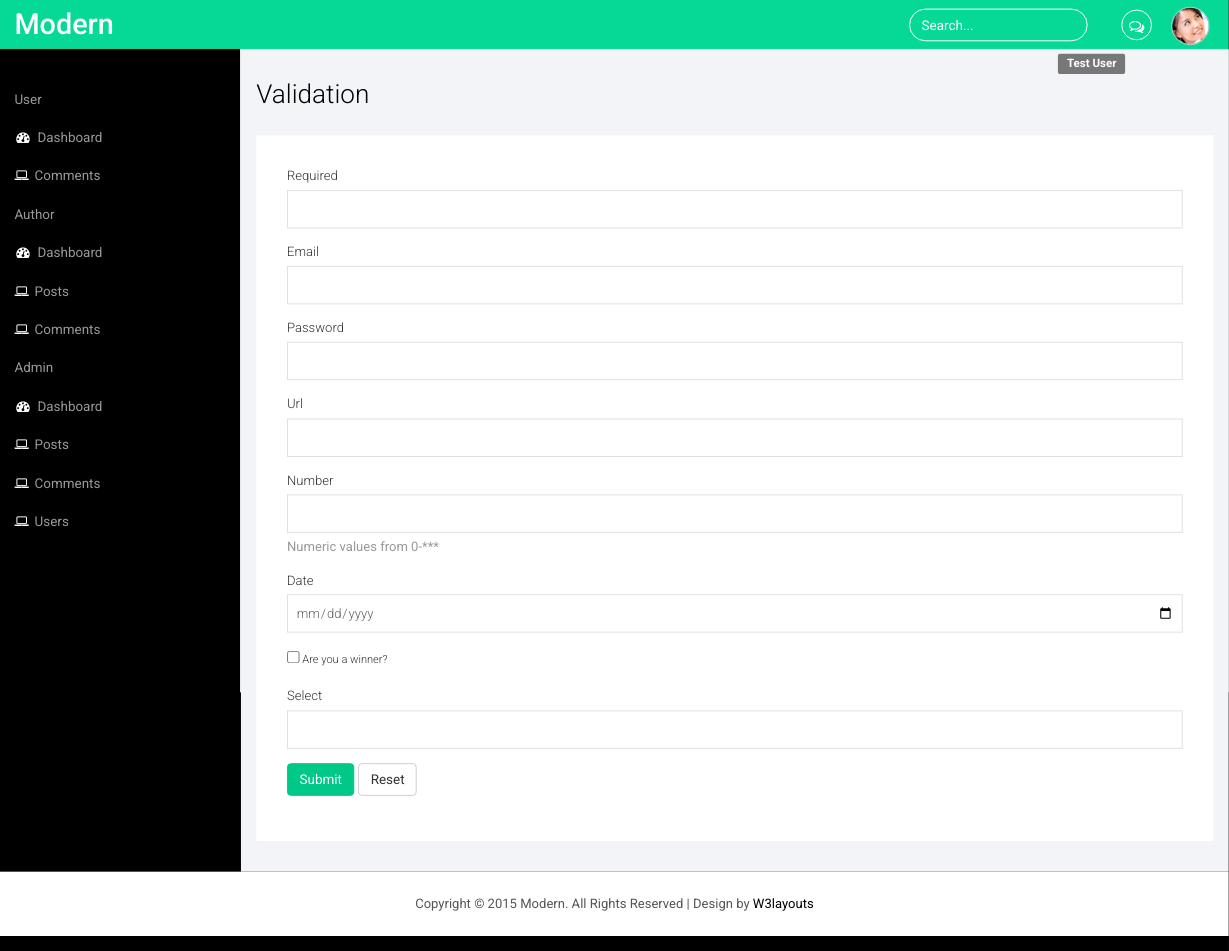
Repository: NomanMustafa/laravel-blog
Page: http://localhost/user/profile
An editor plug-in stored every save of this project. The page is shown before and after the next save, followed by the edit.
The browser window is 1280 px wide. The pictures show the whole page, at 96% of full size.
The page is served by the project's Laravel application, run on PHP 8.4 with Laravel 8. A made-up administrator, Test User (test@example.com), is signed in.

Above is the page before, as saved 2020-07-06 00:45:38.
Console error (its wording comes from the project's code and is left out).

After the next save:
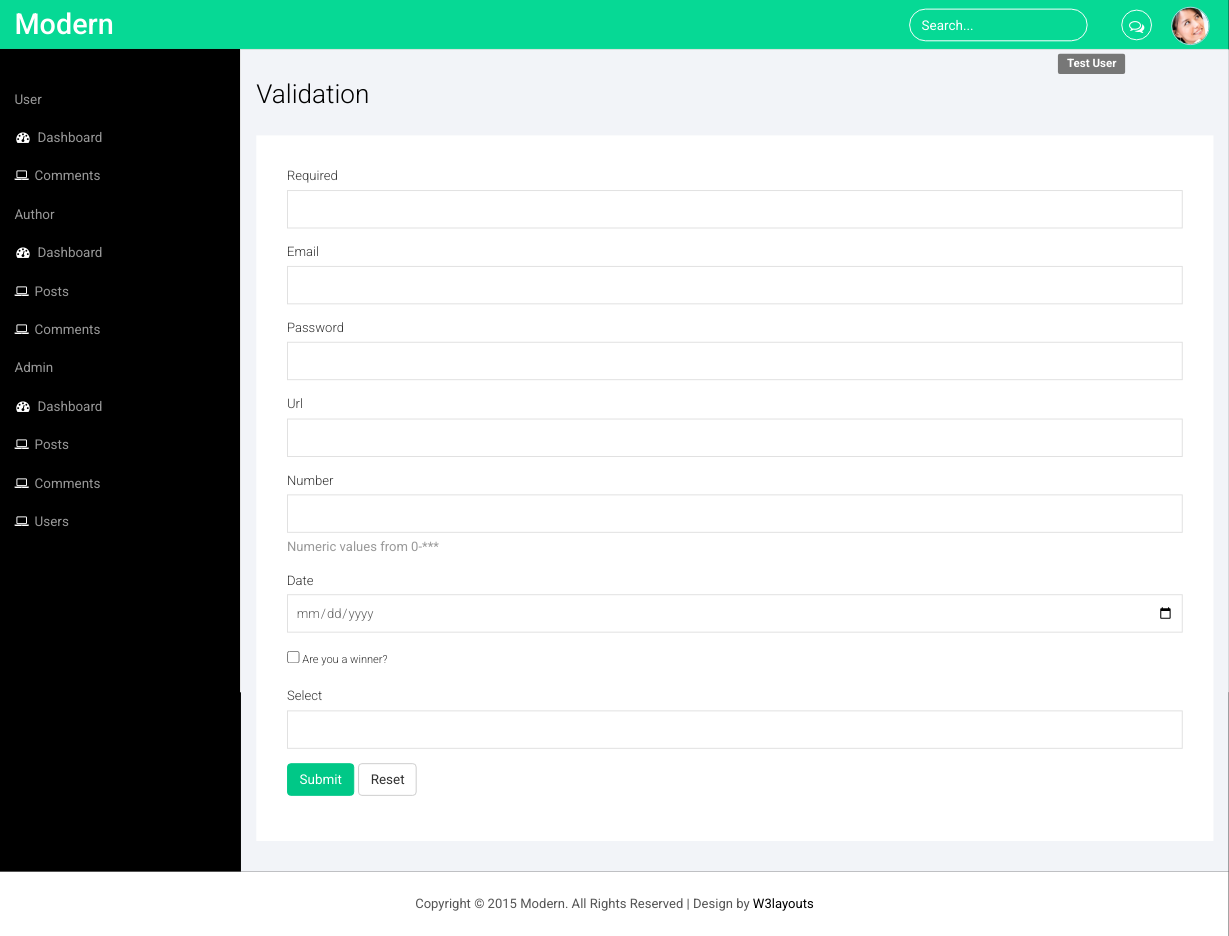
Saved 88 s later.
--- a/resources/views/layouts/admin.blade.php
+++ b/resources/views/layouts/admin.blade.php
@@ -119,7 +119,7 @@ var detail = new Rickshaw.Graph.HoverDetail({
        </div>
        <div class="clearfix"> </div>
     </div>
-    <div class="content_bottom">
+
 
 
 
@@ -128,7 +128,7 @@ var detail = new Rickshaw.Graph.HoverDetail({
 	    </div>
 
       <!-- /#page-wrapper -->
-   </div>
+
     <!-- /#wrapper -->
     <!-- Bootstrap Core JavaScript -->
     <script src="{{ asset('admin/assets/js/bootstrap.min.js') }}"></script>
